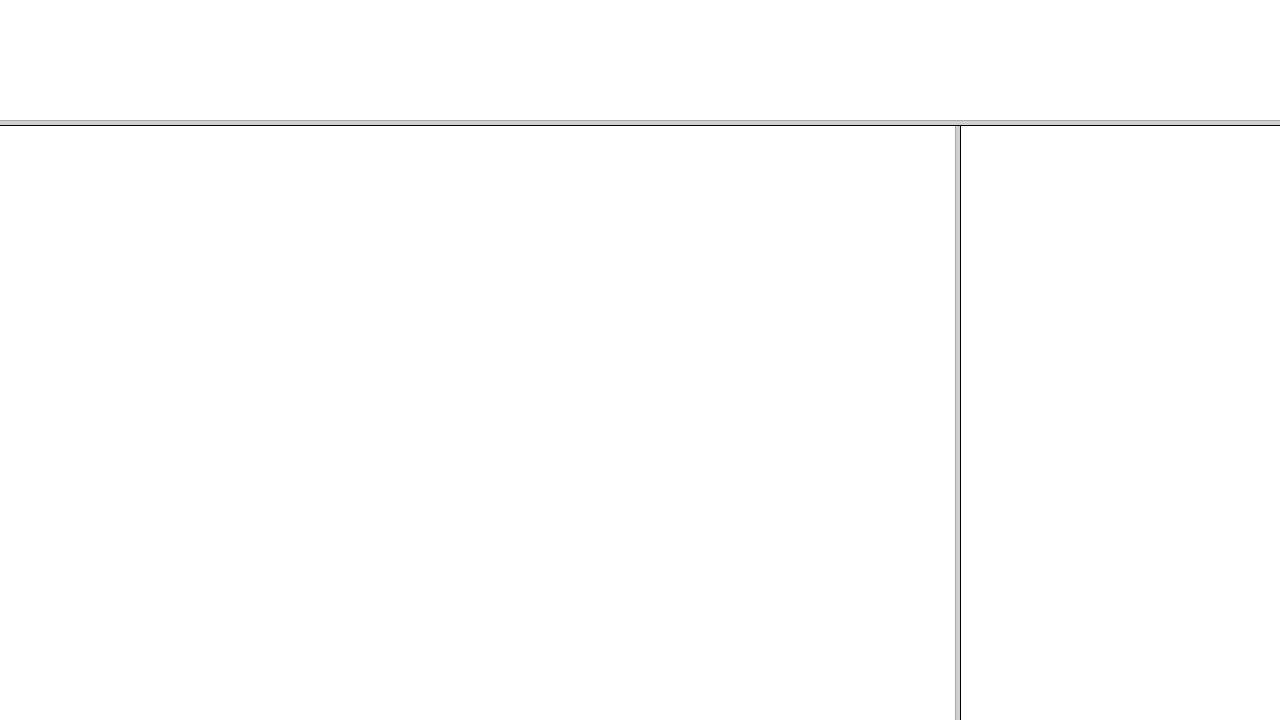
Repository: Tan-Khang21/TH_TKW--Buoi_03
Page: BT_tren_lop/Bai_3/frame7.html
These files come from the project's save history. The page is drawn as it stood at one moment and after the next save; the edit follows.
The browser window is 1280 px wide. The pictures show the whole page.

Above is the page before, as saved 2024-02-28 10:47:53.

After the next save:
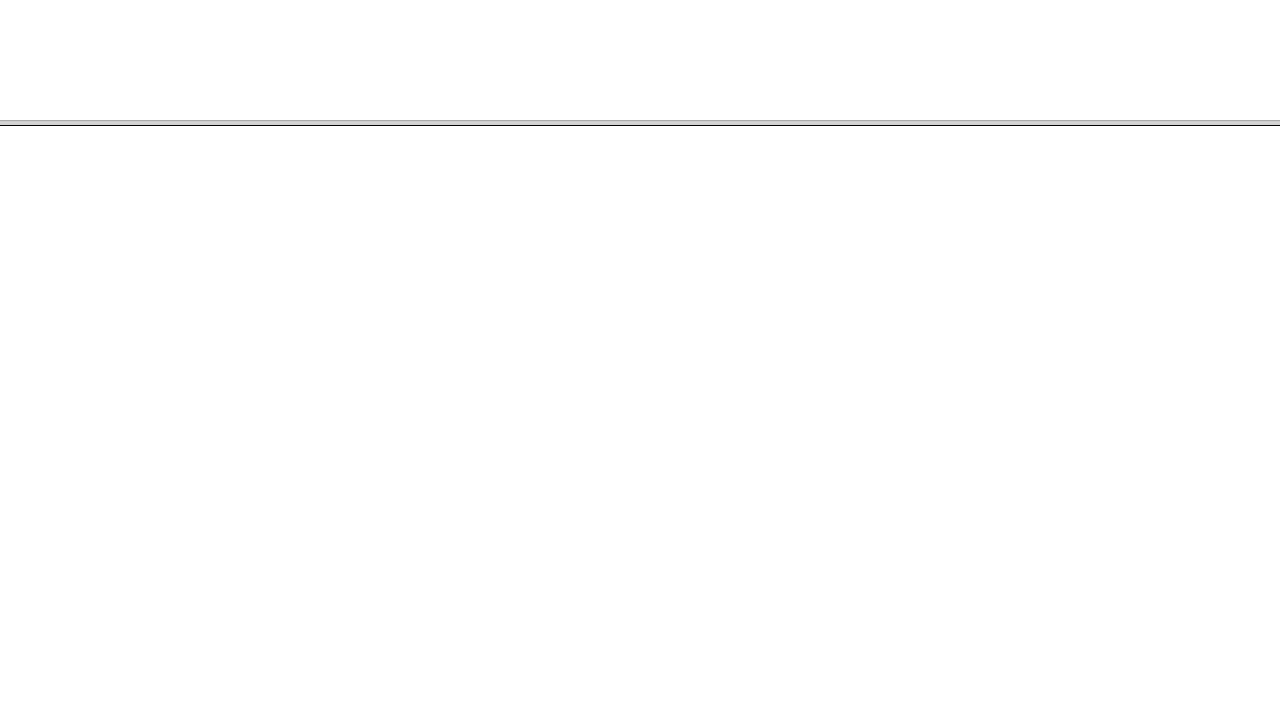
Saved 49 s later.
--- a/BT_tren_lop/Bai_3/frame7.html
+++ b/BT_tren_lop/Bai_3/frame7.html
@@ -8,8 +8,9 @@
 <frameset rows="120,*">
     <frame src="">
         <frameset cols="75%,25%">
-          <frame src="">
-            <frame src="">
+          <frameset rows="60%,40%">
+
+          </frameset>
         </frameset>
 </frameset>
 </html>
